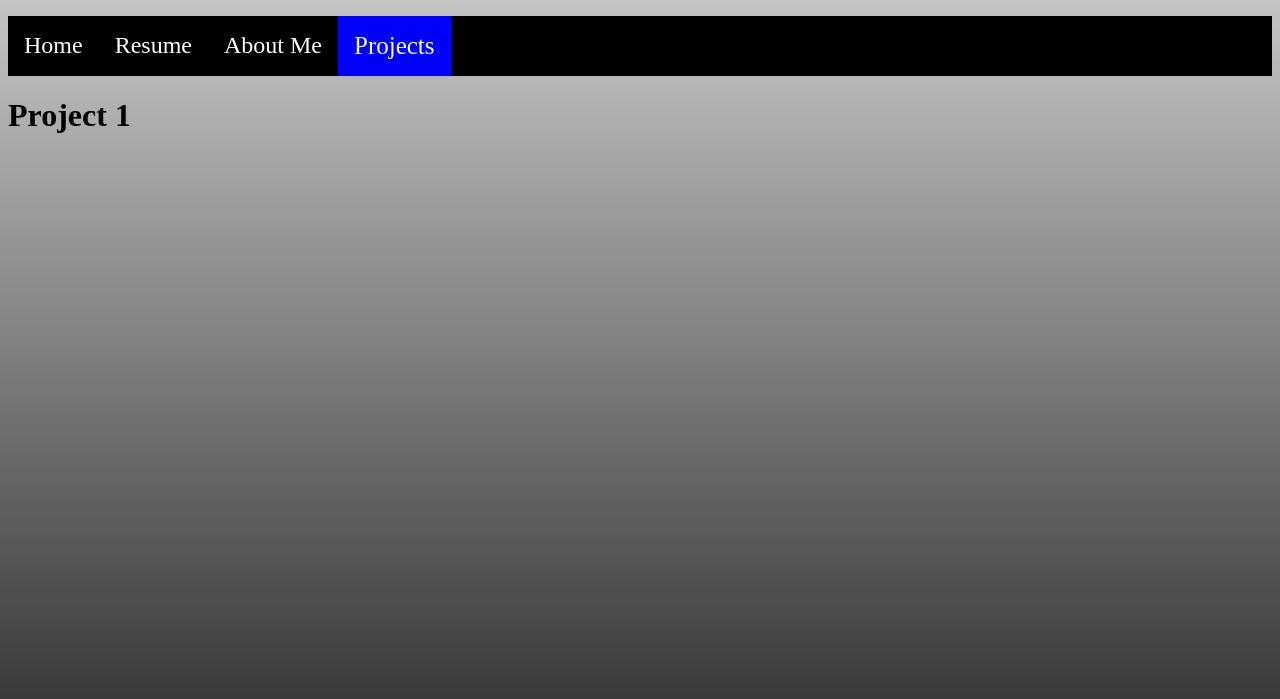
Repository: GunnarStone/GunnarStone.github.io
Page: project1.html
The author's editor kept a record of every edit. The page is drawn from the files as they stood at one moment, then again after the next edit.
The browser window is 1280 px wide. The pictures show the whole page.

Above is the page before.

After the next edit:
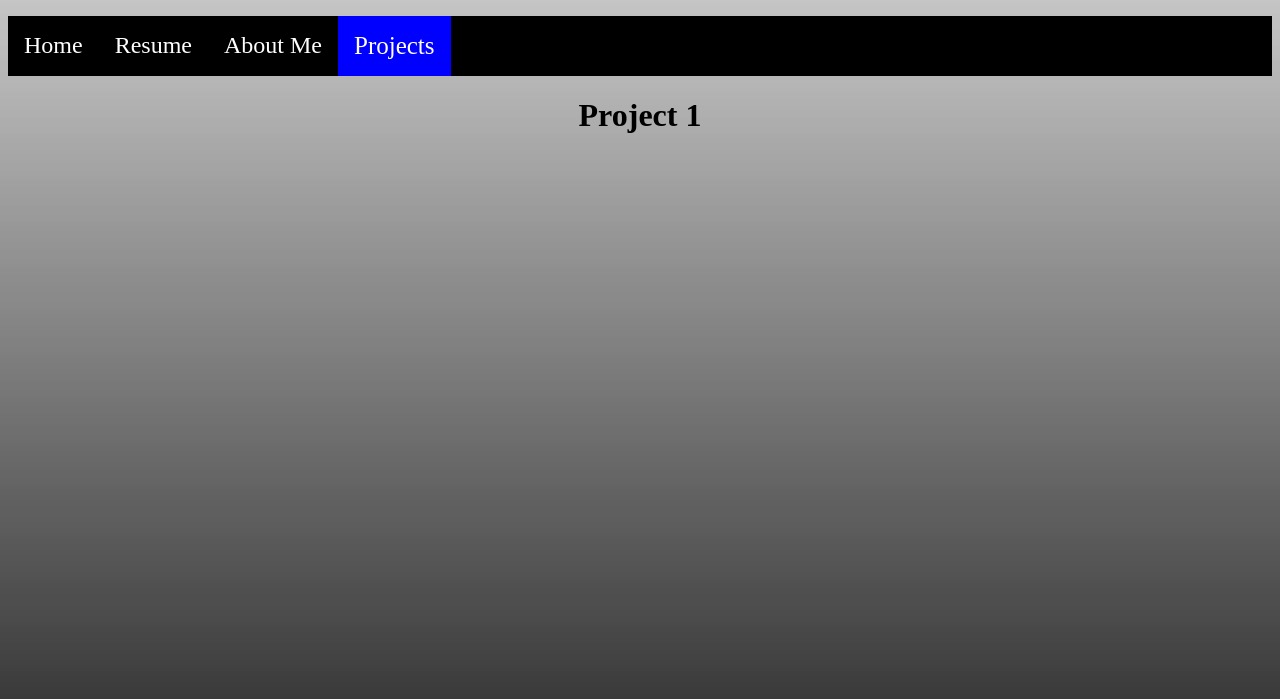
The edit:
--- a/project1.html
+++ b/project1.html
@@ -18,7 +18,7 @@
             </ul>
         </li>
     </ul>
-    <h1>Project 1</h1>
+    <h1 class="centerh1tag">Project 1</h1>
 <script>
 
 
